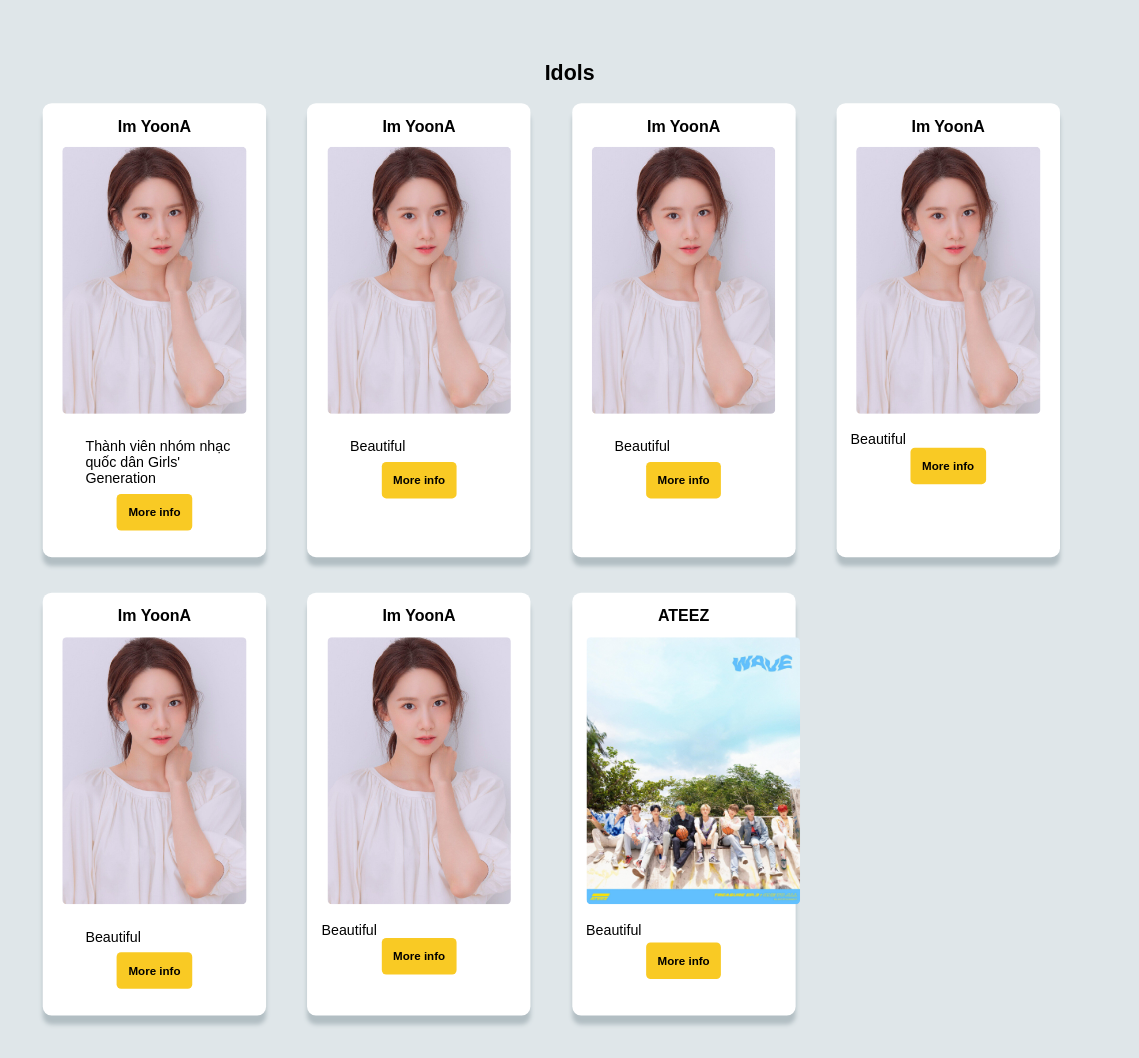
Repository: hangvtt183524/Cong_nghe_Web_va_dich_vu_truc_tuyen_20202
Page: ProjectWeb/src/View/html/idol_list.html
The author's editor kept a copy of each file at every save. The page is drawn from the files as they stood at one save, then again after the next save.
The browser window is 1280 px wide. The pictures show the whole page, at 89% of full size.

Above is the page before, as saved 2021-05-04 08:11:07.

### ProjectWeb/src/View/html/idol_list.html
<html>
	<head>
		<title>Idol List</title>
		<link rel="stylesheet" href="../css/idol_list.css">
	</head>
	<body>
		<section class="idol-list">
			<div>
				<h1 class="align-center">Idols</h1>
			</div>
			<div class="idol-container">
				<div class="card">
					<div class="name">Im YoonA</div>
					<div class="image">
						<img src="../image/yoona.jpg">
					</div>
					<div class="textblock">
					<div class="text">Thành viên nhóm nhạc quốc dân Girls' Generation</div>
					</div>
					<div>
						<button class="info-button">More info</button>
					</div>
				</div>



				<div class="card">
					<div class="name">Im YoonA</div>
					<div class="image">
						<img src="../image/yoona.jpg">
					</div>
					<div class="textblock">
					<div class="text">Beautiful</div>
					</div>

					<div>


						<button class="info-button">More info</button>
					</div>
				</div>



				<div class="card">
					<div class="name">Im YoonA</div>
					<div class="image">
						<img src="../image/yoona.jpg">
					</div>
					<div class="textblock">
					<div class="text">Beautiful</div>
					</div>
					<div>
						<button class="info-button">More info</button>
					</div>
				</div>

				<div class="card">
					<div class="name">Im YoonA</div>
					<div class="image">
						<img src="../image/yoona.jpg">
					</div>
					<div class="text">Beautiful</div>
					<div>
						<button class="info-button">More info</button>
					</div>
				</div>

				<div class="card">
					<div class="name">Im YoonA</div>
					<div class="image">
						<img src="../image/yoona.jpg">
					</div>
					<div class="textblock">
					<div class="text">Beautiful</div>
					</div>
					<div>
						<button class="info-button">More info</button>
					</div>
				</div>

				<div class="card">
					<div class="name">Im YoonA</div>
					<div class="image">
						<img src="../image/yoona.jpg">
					</div>
					<div class="text">Beautiful</div>
					<div>
						<button class="info-button">More info</button>
					</div>
				</div>

				<div class="card">
					<div class="name">ATEEZ</div>
					<div class="image">
						<img src="../image/ateez-list.jpg">
					</div>
					<div class="text">Beautiful</div>

					<br>
					<div>
						<a href="../html/info.html" class="info-button">More info</a>
					</div>
				</div>

			</div>
		</section>

	</body>
</html>

### ProjectWeb/src/View/css/idol_list.css
body {
    font-family: sans-serif;
    margin: 0;
}

.idol-list {
	background-color:#dfe6e9;
	padding: 3em;
}

.idol-list .card {
	background-color: white;
	border-radius: 10px;
	padding: 1em;
	box-shadow: 0px 10px 5px #b2bec3;
	text-align: center;
	font-family: sans-serif;
	max-width: 75%;
	padding-bottom: 30px;
}
.idol-list .card:hover {
	box-shadow: 15px 15px 15px #b2bec3;
	background: #FFEAFF;
}
.card .name {
	font-size: 18px;
	font-weight: bold;
	padding-bottom: 0.7em;
}

.card .image {
	width: 100%;
    height: 20em;
    position: relative;
}
.card img {
	max-height: 300px;
	border-radius: 5px;
	object-fit: cover;
	position: relative;
}

.card .textblock {
	margin-left: 2em;
	margin-top: 0.5em;
	margin-bottom: 0.5em;
}

.card .text {
	text-align: left;
	font-size: 16px;
}

.info-button {
	background-color: #f9ca24;
	color: black;
	border: none;
	padding: 1em;
	border-radius: 5px;
	font-weight: bold;
	font-size: 13px;
	text-decoration: none;
}

.info-button:hover {
	box-shadow: 0px 5px 5px #b2bec3;
	color: #eb4db4;
}

.idol-container {
	display: grid;
	grid-template-columns: repeat(4, 1fr);
	grid-column-gap: 5px;
	grid-row-gap: 40px;
}

.align-center {
	text-align: center;
}

@media only screen and (max-width: 991px){

}

After the next save:
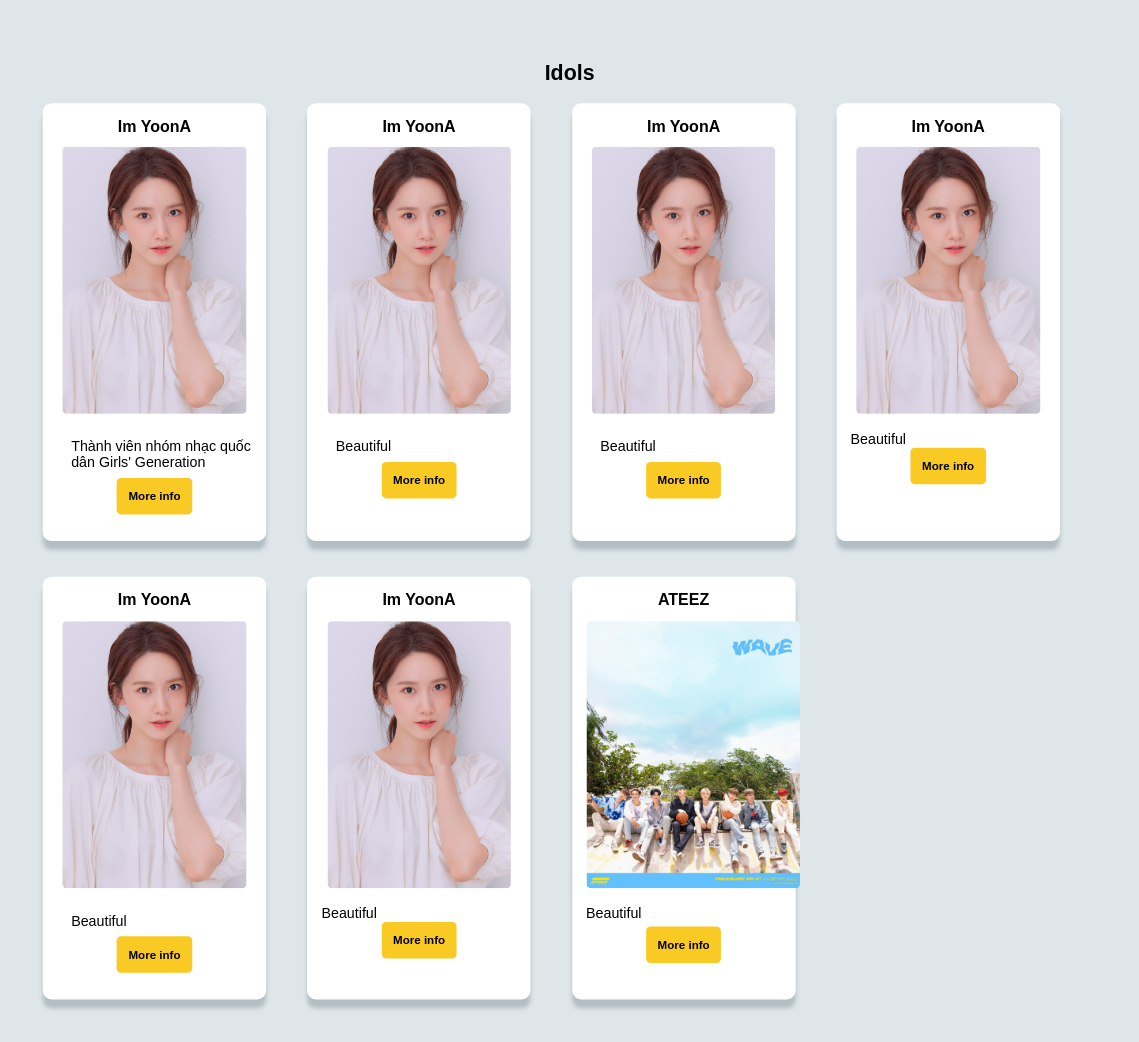
Saved 4 s later.
--- a/ProjectWeb/src/View/css/idol_list.css
+++ b/ProjectWeb/src/View/css/idol_list.css
@@ -41,7 +41,7 @@
 }
 
 .card .textblock {
-	margin-left: 2em;
+	margin-left: 1em;
 	margin-top: 0.5em;
 	margin-bottom: 0.5em;
 }

After the save that followed:
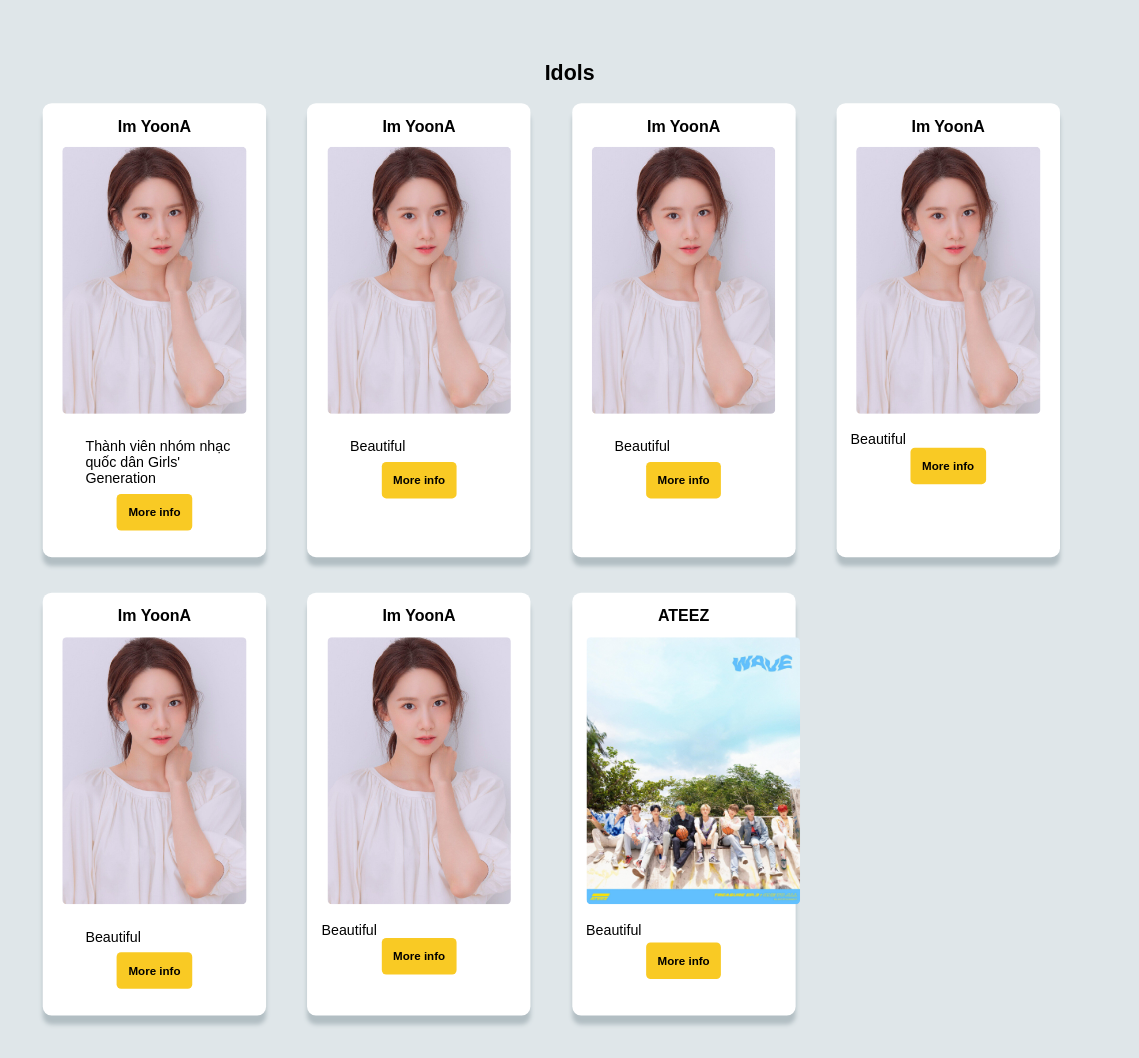
Saved 8 s later.
--- a/ProjectWeb/src/View/css/idol_list.css
+++ b/ProjectWeb/src/View/css/idol_list.css
@@ -41,7 +41,7 @@
 }
 
 .card .textblock {
-	margin-left: 1em;
+	margin-left: 2em;
 	margin-top: 0.5em;
 	margin-bottom: 0.5em;
 }
